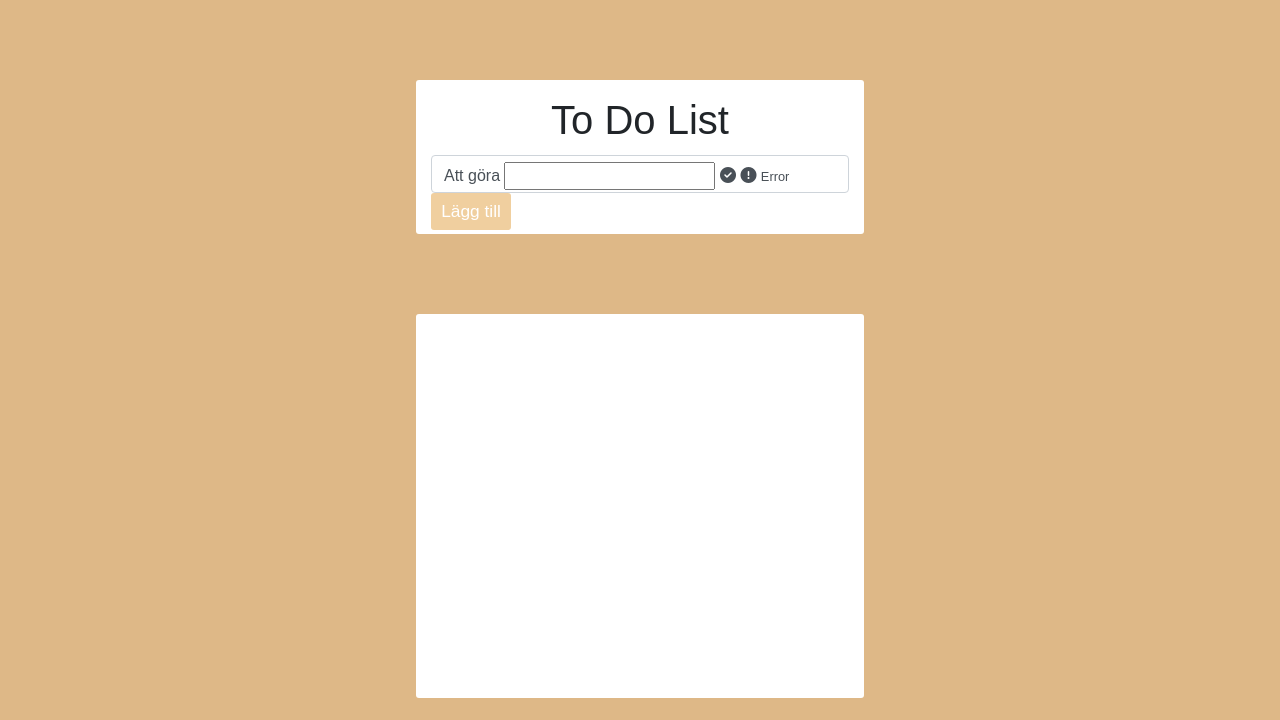
Repository: skepp4rn/todolist
Page: index.html
An editor plug-in stored every save of this project. The page is shown before and after the next save, followed by the edit.
The browser window is 1280 px wide. The pictures show the whole page.
The page's requests for data from a server got no answer. Some web libraries are served in a nearby version.

Above is the page before, as saved 2021-01-28 12:03:14.

After the next save:
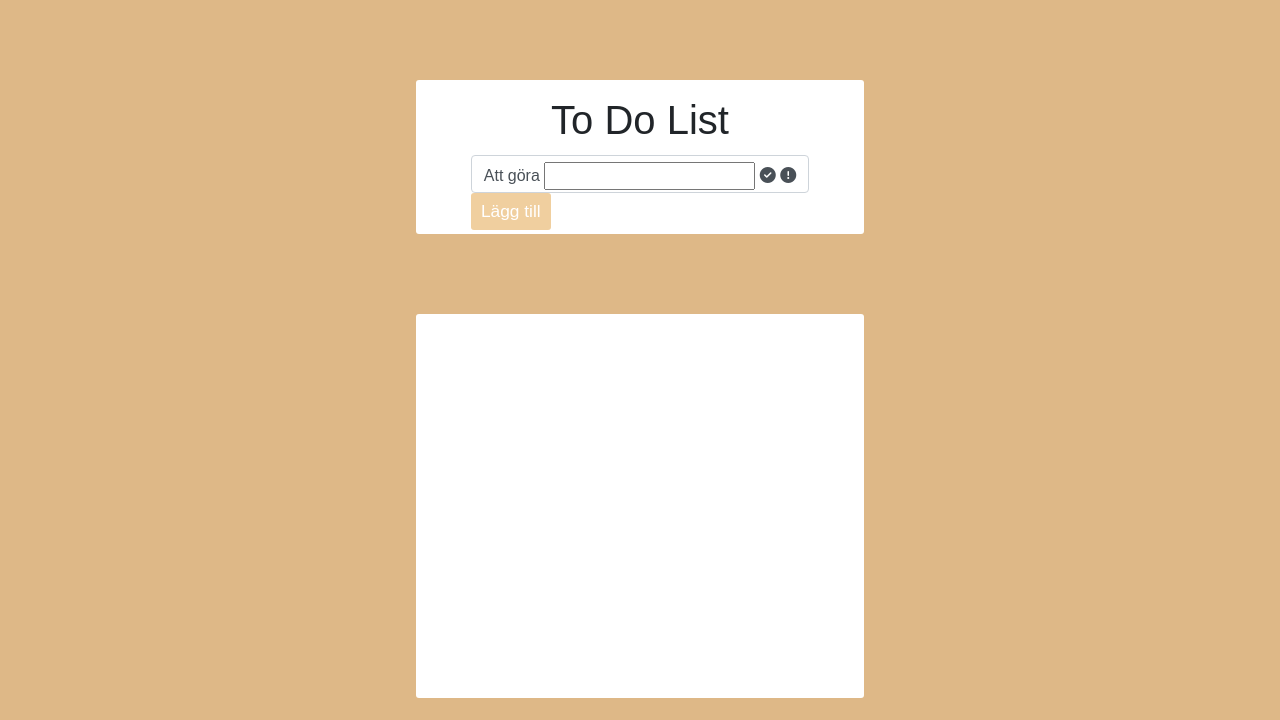
Saved 10 s later.
--- a/index.html
+++ b/index.html
@@ -22,7 +22,7 @@
                 <input type="text" id="addToDo">
                 <i class="fas fa-check-circle"></i>
                 <i class="fas fa-exclamation-circle"></i>
-                <small>Error message</small>
+
             </div>
 
             <button id="btn">Lägg till</button>

After the save that followed:
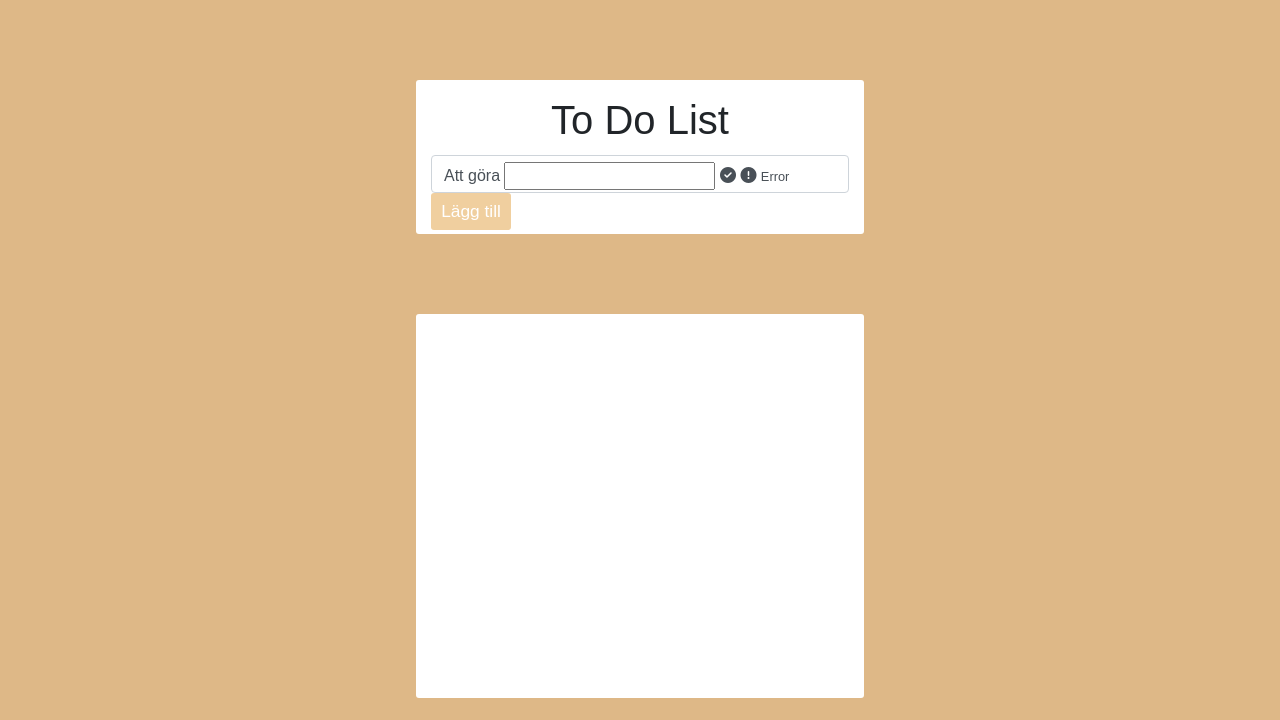
Saved 4 s later.
--- a/index.html
+++ b/index.html
@@ -22,7 +22,7 @@
                 <input type="text" id="addToDo">
                 <i class="fas fa-check-circle"></i>
                 <i class="fas fa-exclamation-circle"></i>
-
+                <small>Error message</small>
             </div>
 
             <button id="btn">Lägg till</button>
